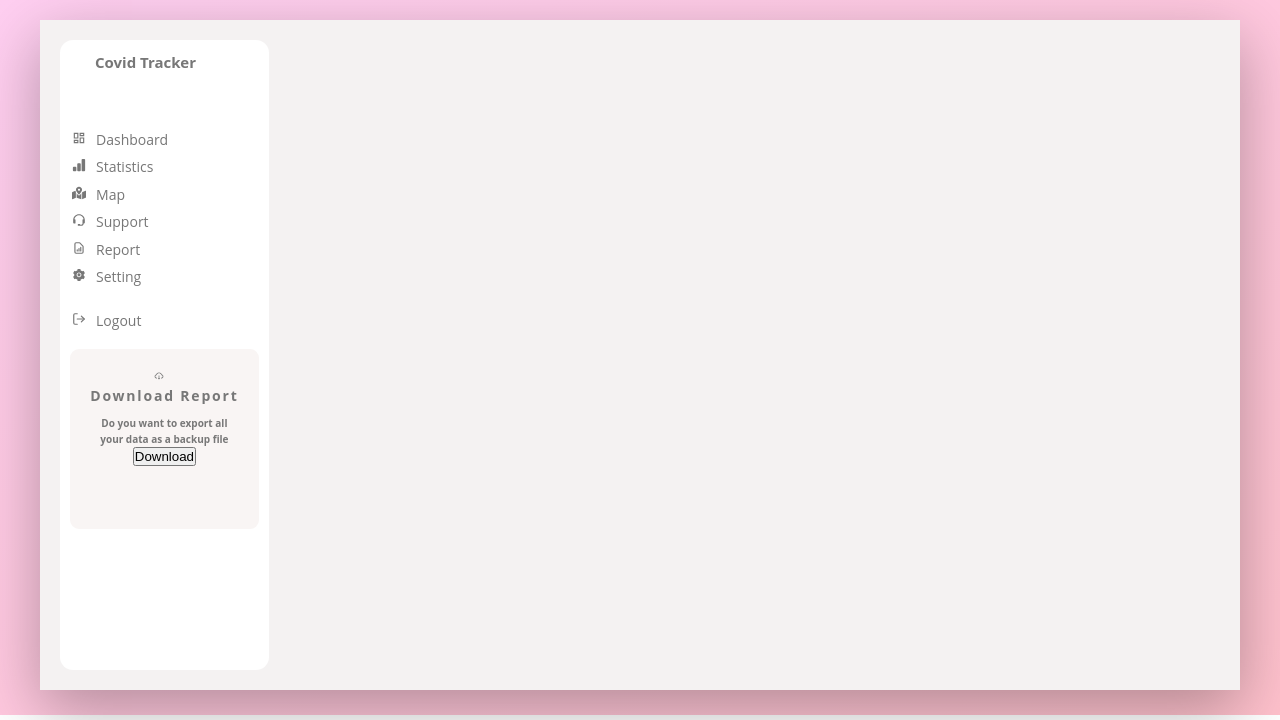
Repository: okidijimmy200/CovidAdminTracker
Page: /
The author's editor kept a copy of each file at every save. The page is drawn from the files as they stood at one save, then again after a run of saves.
The browser window is 1280 px wide. The pictures show the whole page.
The project was rebuilt for these pictures with package versions that can differ from the ones it lists, and the page was loaded fresh each time.

Above is the page before, as saved 2022-06-16 12:58:16.

After the next 2 saves:
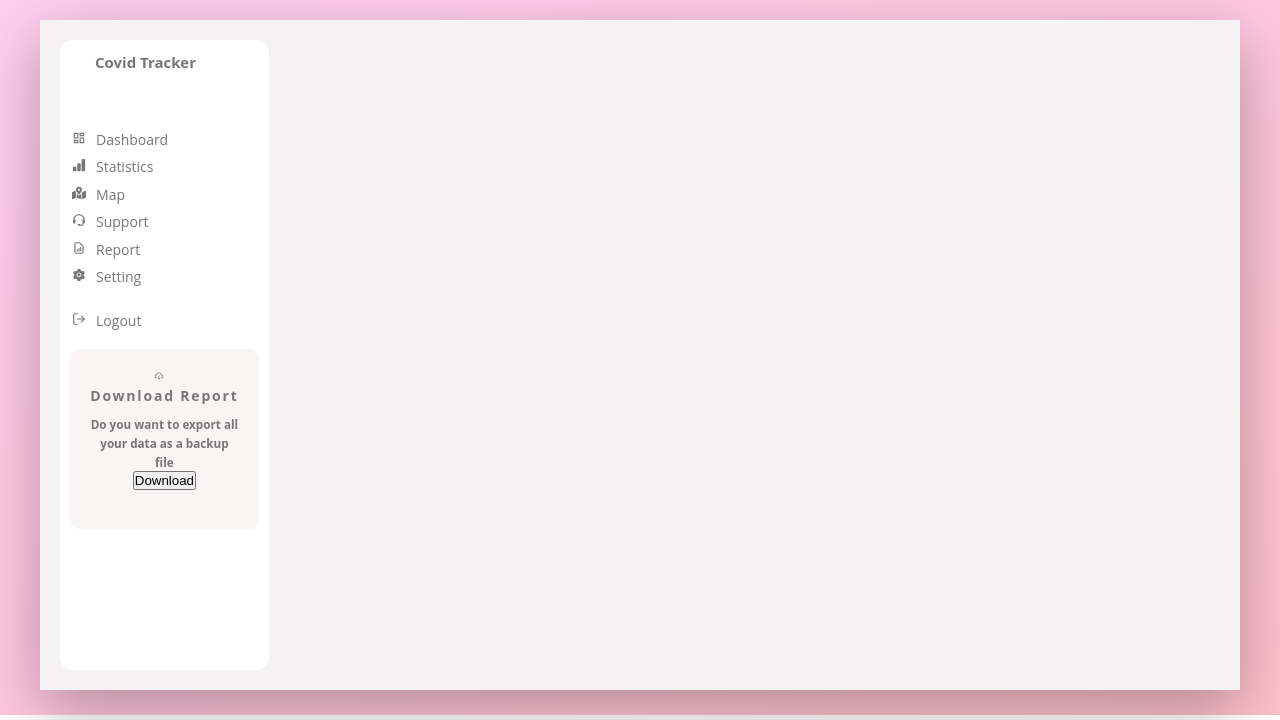
The 2 saves are shown as one change because they came seconds apart.
The last was saved 106 s later.
--- a/src/sidebar/sidebar.tsx
+++ b/src/sidebar/sidebar.tsx
@@ -87,7 +87,7 @@ export default function sidebar() {
                 <AiOutlineCloudDownload />
             </span>
             <h2 className='title__download'>Download Report</h2>
-                <h4>Do you want to export all your data as a backup file</h4>
+                <h3>Do you want to export all your data as a backup file</h3>
             <button>Download</button>
             </div>
 
